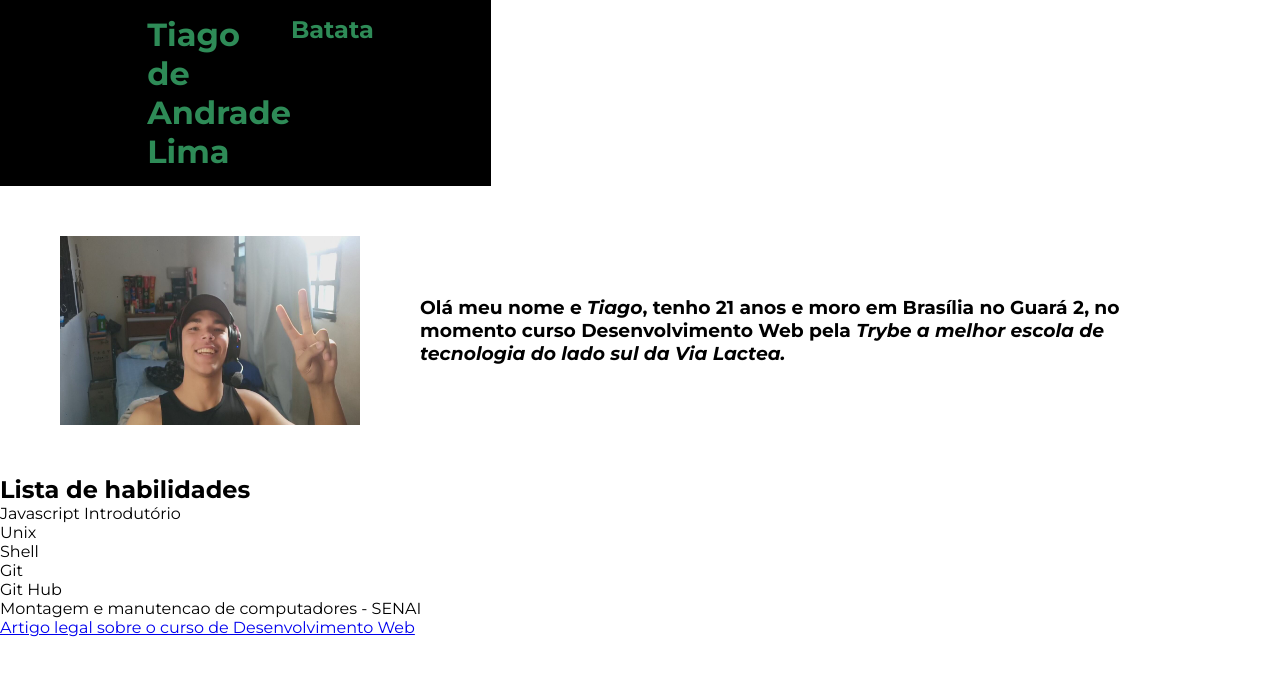
Repository: Batatiago/Batatiago.github.io
Page: index.html
An editor plug-in stored every save of this project. The page is shown before and after the next save, followed by the edit.
The browser window is 1280 px wide. The pictures show the whole page.

Above is the page before, as saved 2023-06-29 11:17:30.

### index.html
<!DOCTYPE html>
<html lang="pt-br">

<head>
  <meta charset="UTF-8">
  <title>Tiago de Andrade Lima</title>
  <link rel="preconnect" href="https://fonts.googleapis.com">
  <link rel="preconnect" href="https://fonts.gstatic.com" crossorigin>
  <link
    href="https://fonts.googleapis.com/css2?family=Montserrat:ital,wght@0,100;0,200;0,300;0,400;0,500;0,600;0,700;0,800;0,900;1,100;1,200;1,300;1,400;1,500;1,600;1,700;1,800;1,900&display=swap"
    rel="stylesheet">
  <link rel="stylesheet" href="style.css">
</head>

<body>
  <div class="header-container">
    <div class="header">
      <h1 class="meuNome"> Tiago de Andrade Lima</h1>
      <h2>Batata</h2>
    </div>
  </div>
  <div class="resumo">
    <img id="foto" src="2023-06-23-160707.jpg" alt="Imagem de Tiago" width="300px">
    <h3 class="descricao">Olá meu nome e <strong><em>Tiago</em></strong>, tenho 21 anos e moro em Brasília no Guará 2, no
      momento curso Desenvolvimento
      Web pela <strong><em>Trybe a melhor escola de tecnologia do lado sul da Via Lactea.</em></strong></h3>
  </div>
  <div>
    <h2>Lista de habilidades</h2>
    <ul>
      <li class="javascript">Javascript Introdutório</li>
      <li class="unix">Unix</li>
      <li class="shell">Shell</li>
      <li class="git">Git</li>
      <li class="gitHub">Git Hub</li>
      <li>Montagem e manutencao de computadores - SENAI</li>
    </ul>
  </div>
  <a href="https://blog.betrybe.com/carreira/frontend/" target="_blank">Artigo legal sobre o curso de Desenvolvimento
    Web</a>
</body>

</html>

### style.css
* {
    margin: 0;
    padding: 0;
    border: 0;
}

body {
    font-family: 'Montserrat', sans-serif;
}

.header-container {
    background-color: black;
    color: seagreen;
    display: inline-flex;
}

.header {
    padding: 15px 10px;
    width: 40%;
    margin: auto;
    display: inline-flex;
}

header h1 {
    font-family: 'Times New Roman', Times, serif;
}

header h2 {
    font-size: smaller;
}

.resumo {
    display: inline-flex;
    margin: 50px 60px ;
}
.resumo h3 {
    padding: 60px;
}

After the next save:
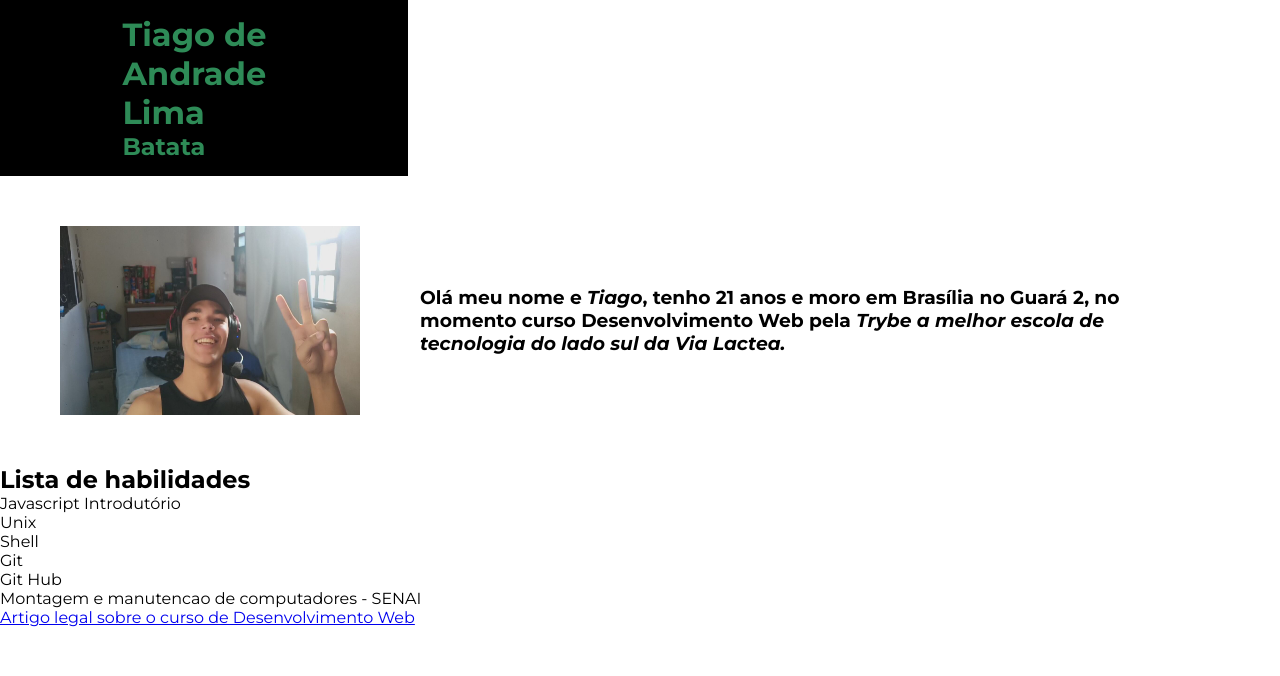
Saved 9 s later.
--- a/style.css
+++ b/style.css
@@ -18,7 +18,6 @@ body {
     padding: 15px 10px;
     width: 40%;
     margin: auto;
-    display: inline-flex;
 }
 
 header h1 {
